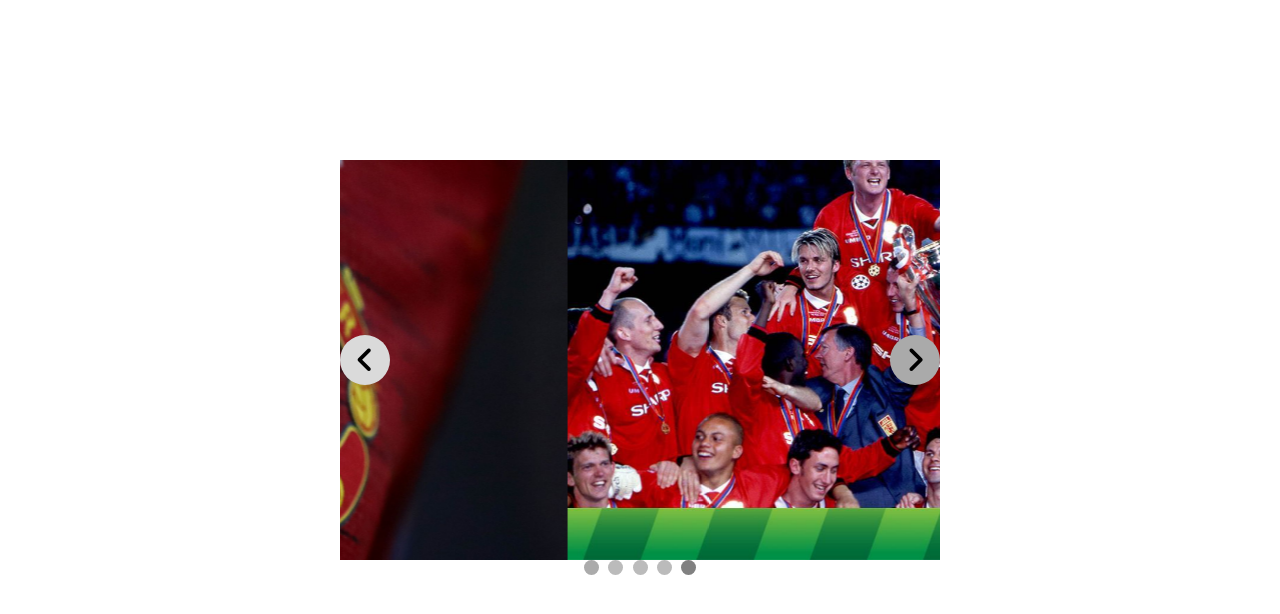
Repository: HoanTiny/slideShow
Page: index.html
These files come from the project's save history. The page is drawn as it stood at one moment and after the next save; the edit follows.
The browser window is 1280 px wide. The pictures show the whole page.
Some web libraries are served in a nearby version.

Above is the page before, as saved 2022-08-18 14:29:26.

### index.html
<!DOCTYPE html>
<html lang="en">
    <head>
        <meta charset="UTF-8" />
        <meta http-equiv="X-UA-Compatible" content="IE=edge" />
        <meta name="viewport" content="width=device-width, initial-scale=1.0" />
        <title>Document</title>
        <link rel="stylesheet" href="./acssets/css/style.css" />
        <link
            rel="stylesheet"
            href="https://cdnjs.cloudflare.com/ajax/libs/font-awesome/6.1.1/css/all.min.css"
        />
    </head>
    <body>
        <div class="slider">
            <i
                class="fa fa-angle-left left-btn disible"
                onclick="makeSlideshow(false);"
            ></i>
            <div class="slider-main">
                <div class="slides">
                    <img src="./acssets/img/mU.jpg" alt="" class="slide" />
                    <img src="./acssets/img/logo.jpg" alt="" class="slide" />
                    <img src="./acssets/img/manU.jpg" alt="" class="slide" />
                    <img src="./acssets/img/logo.jpg" alt="" class="slide" />
                    <img src="./acssets/img/mU.jpg" alt="" class="slide" />
                </div>
            </div>
            <i
                class="fa fa-angle-right right-btn"
                onclick="makeSlideshow(true)"
            ></i>
            <div style="text-align: center">
                <span class="dot"></span>
                <span class="dot"></span>
                <span class="dot"></span>
                <span class="dot"></span>
                <span class="dot"></span>
            </div>
        </div>

        <script src="./acssets/js/index.js"></script>
    </body>
</html>

### acssets/css/style.css
* {
    box-sizing: border-box;
}
body {
    font-family: Verdana, sans-serif;
    margin: 0;
    display: flex;
    justify-content: center;
    align-items: center;
    min-height: 100vh;
    flex-direction: column;
}

.slider {
    width: 600px;
    height: 400px;
    position: relative;
}
.left-btn {
    position: absolute;
    top: 50%;
    left: 0;
    transform: translateY(-50%);
    border-radius: 50%;
    background: rgb(170, 170, 170);
    cursor: pointer;
    font-size: 30px;
    text-align: center;
    padding: 10px;
    width: 50px;
    height: 50px;
    z-index: 1;
}
.left-btn.disible {
    background: rgb(218, 218, 218);
    cursor: default;
}

.right-btn {
    position: absolute;
    top: 50%;
    right: 0;
    transform: translateY(-50%);
    border-radius: 50%;
    background: rgb(170, 170, 170);
    cursor: pointer;
    font-size: 30px;
    text-align: center;
    padding: 10px;
    width: 50px;
    height: 50px;
}

.slider-main {
    width: 100%;
    height: 100%;
    overflow: hidden;
}
.slides {
    display: flex;
    transition: 1s all;
}
img.slide {
    width: 600px;
    height: 400px;
    object-fit: cover;
}

.mySlides {
    width: 100%;
    height: 100%;
}

.dot {
    cursor: pointer;
    height: 15px;
    width: 15px;
    margin: 0 2px;
    background-color: #bbb;
    border-radius: 50%;
    display: inline-block;
    transition: background-color 0.6s ease;
}

.active,
.dot:hover {
    background-color: #717171;
}

.fade {
    animation-name: fade;
    animation-duration: 1.5s;
}

@keyframes fade {
    from {
        opacity: 0.4;
    }
    to {
        opacity: 1;
    }
}

### acssets/js/index.js
const widthImg = 600;
const slides = document.querySelector(".slides");
const dots = document.querySelectorAll(".dot");
const img = document.querySelectorAll(".slide");
slides.style.width = `${widthImg * img.length}px`;
let index = 0;
let slideIndex = 1;
makeSlideshow(slideIndex);

function makeSlideshow(n) {
    if (n === true) {
        if (index >= img.length - 1) {
            index = 0;
        } else {
            index++;
        }
        for (i = 0; i < dots.length; i++) {
            dots[i].className = dots[i].className.replace(" active", "");
        }
        dots[index].className += " active";
        slides.style.transform = `translateX(-${widthImg * index}px)`;
    } else {
        if (index <= 0) {
            index = img.length - 1;
        } else {
            index--;
        }
        for (i = 0; i < dots.length; i++) {
            dots[i].className = dots[i].className.replace(" active", "");
        }
        dots[index].className += " active";
        slides.style.transform = `translateX(-${widthImg * index}px)`;
    }
    dots.forEach((dot, indexdot) => {
        dot.addEventListener("click", () => {
            for (i = 0; i < dots.length; i++) {
                dots[i].className = dots[i].className.replace(" active", "");
            }
            dots[indexdot].className += " active";
            slides.style.transform = `translateX(-${widthImg * indexdot}px)`;
        });
    });
}
setInterval(() => {
    makeSlideshow(true);
}, 5000);

After the next save:
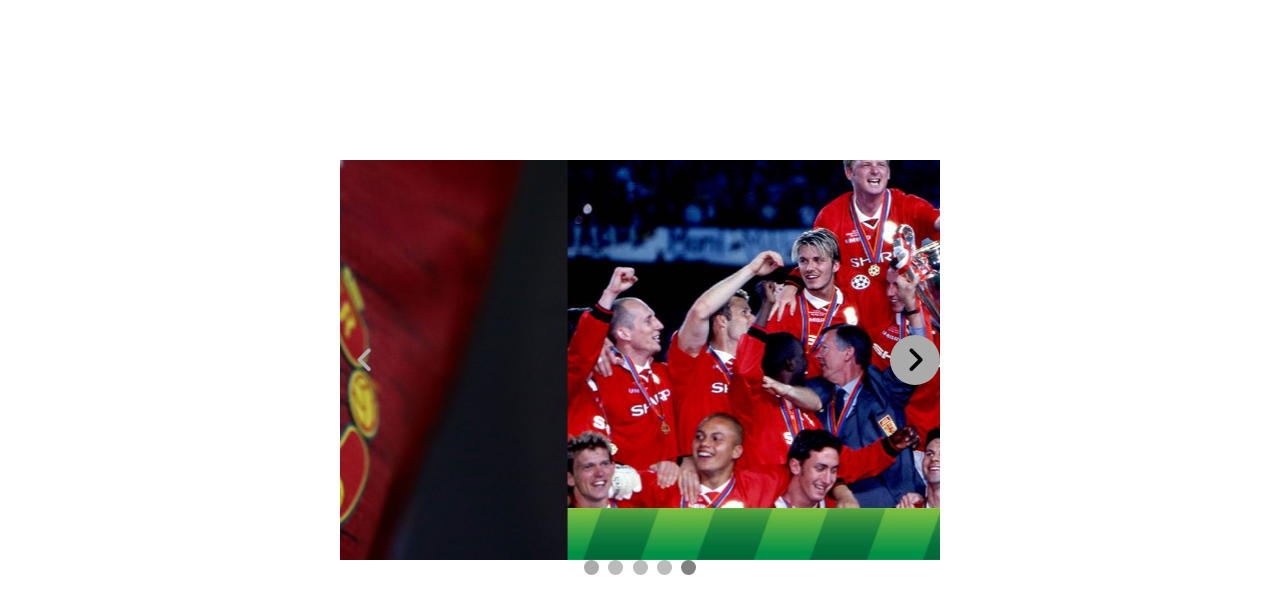
Saved 41 s later.
--- a/acssets/css/style.css
+++ b/acssets/css/style.css
@@ -32,8 +32,9 @@
     z-index: 1;
 }
 .left-btn.disible {
-    background: rgb(218, 218, 218);
+    background: transparent;
     cursor: default;
+    color: rgb(170, 170, 170);
 }
 
 .right-btn {
